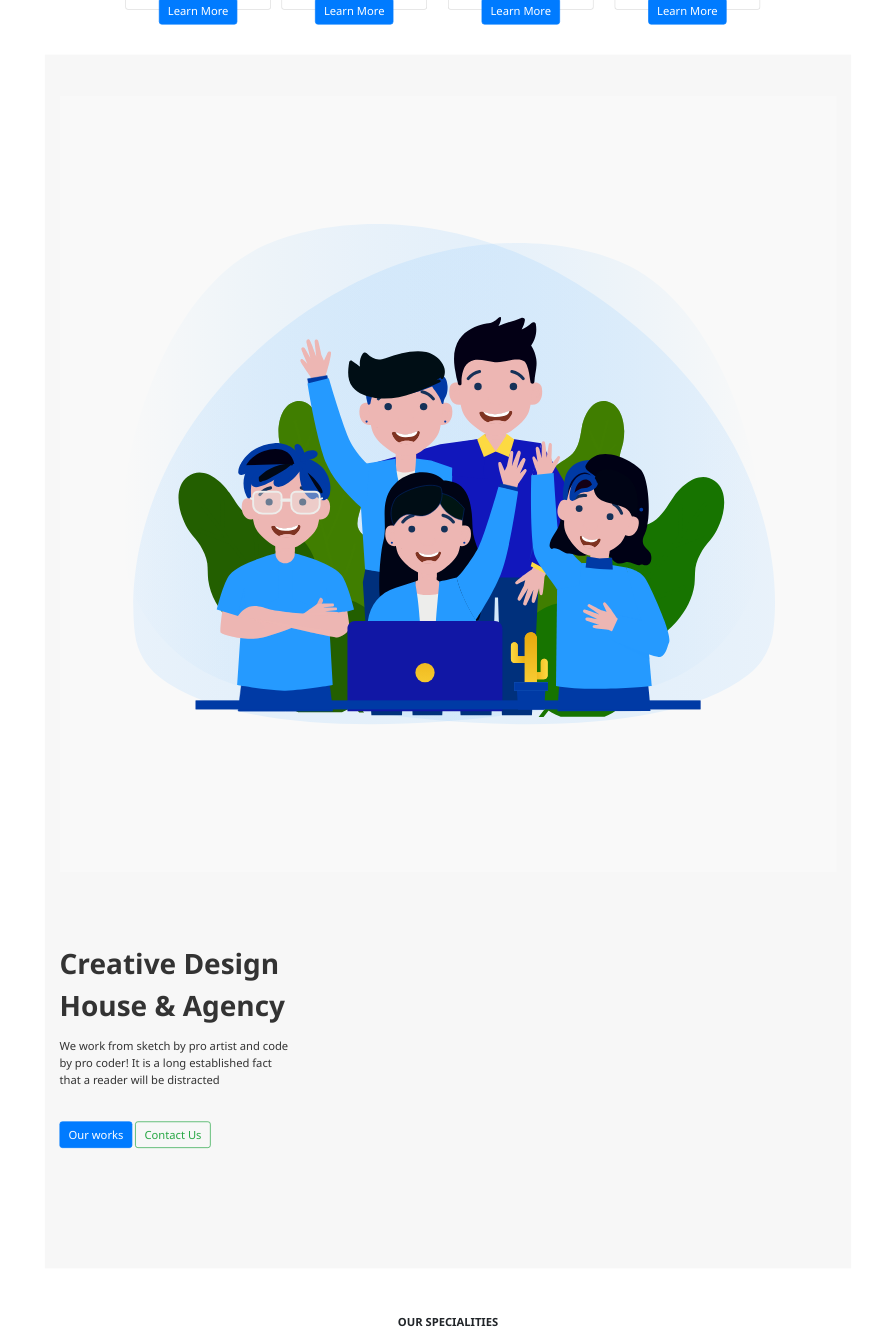
Repository: stephenkayade/Tarm
Page: index.html
These files come from the project's save history. The page is drawn as it stood at one moment and after the next save; the edit follows.
The browser window is 1280 px wide. The pictures show the part of the page from y = 930 to 2850 px (the page is 5267 px tall before and 4495 px after), at 70% of full size.

Above is the page before, as saved 2020-05-07 16:21:34.

After the next save:
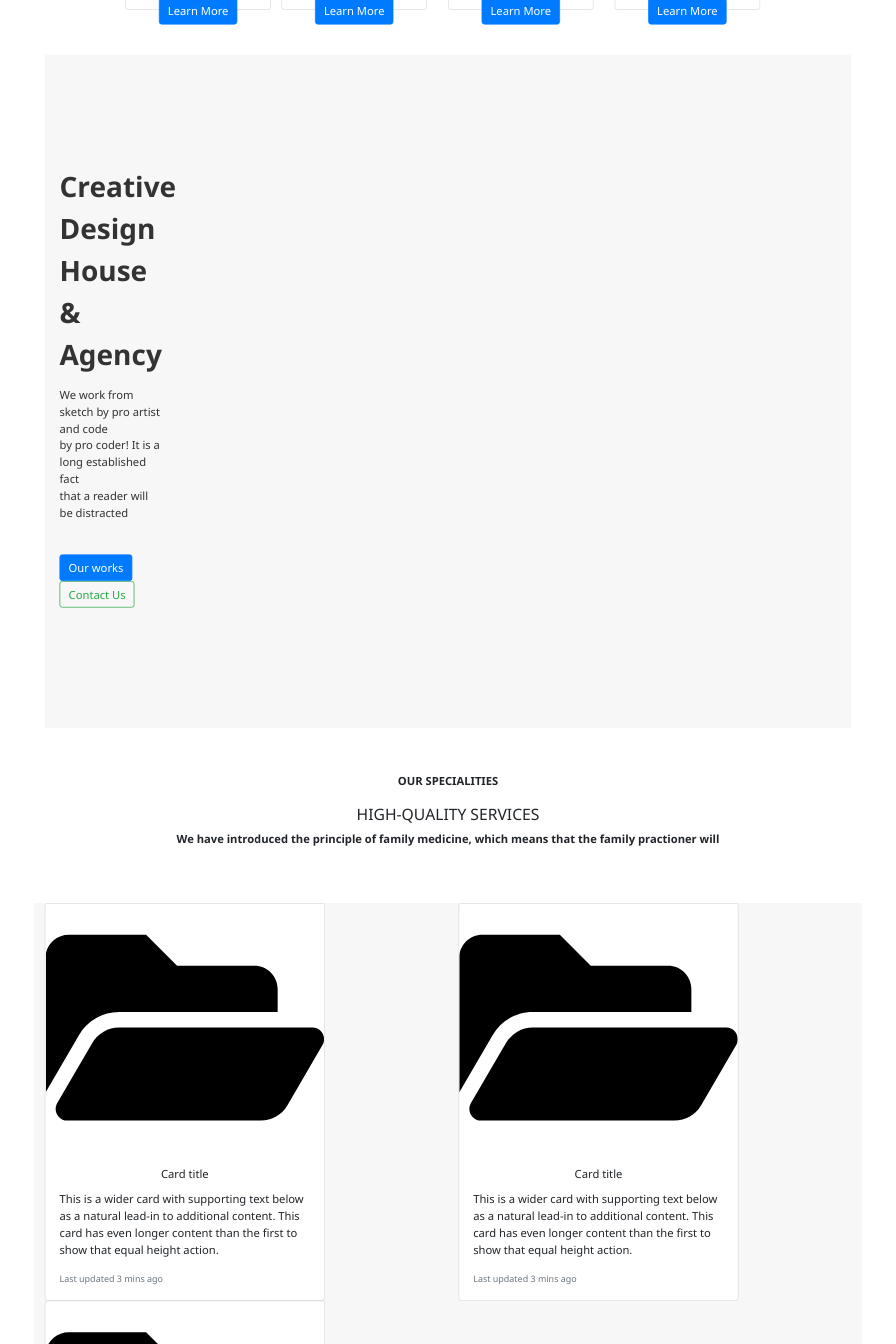
Saved 35 s later.
--- a/css/style.css
+++ b/css/style.css
@@ -60,6 +60,10 @@ body{
     color: #333;
     padding-top: 5%;
     padding-bottom: 15%;
+}
+.split{
+    display: flex;
+    flex-direction: row;
 }
 .bold{
     font-weight: bold;
